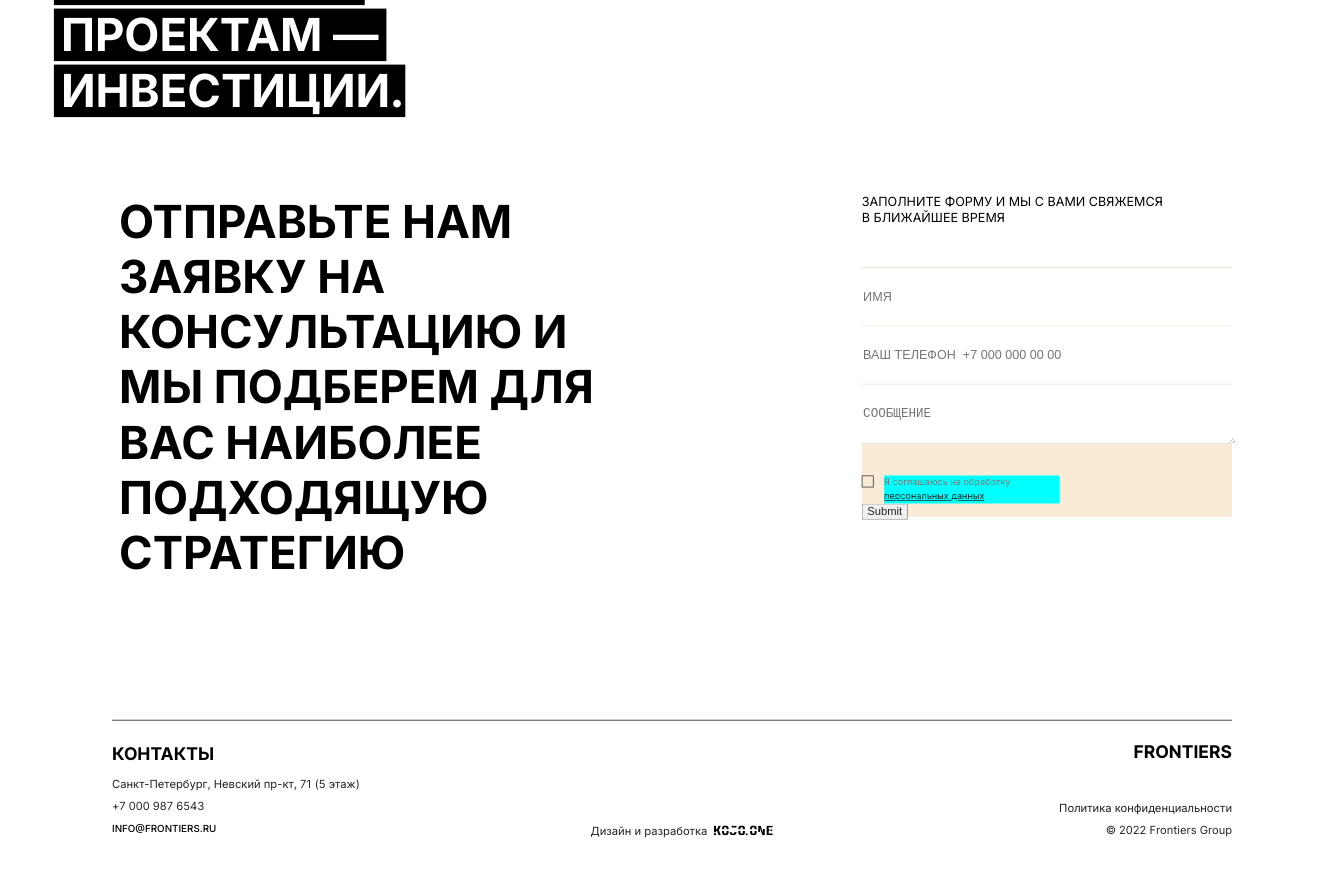
Repository: NadyaKorvin/frontiers
Page: /
The author's editor kept a copy of each file at every save. The page is drawn from the files as they stood at one save, then again after the next save.
The browser window is 1280 px wide. The page is 1920 px wide, so the pictures cover 1920 px, including what lies to the right of the window. The pictures show the part of the page from y = 1385 to 2665 px (the page is 2665 px tall), at 70% of full size.
The project was rebuilt for these pictures with package versions that can differ from the ones it lists, and the page was loaded fresh each time.

Above is the page before, as saved 2022-05-23 19:00:50.

After the next save:
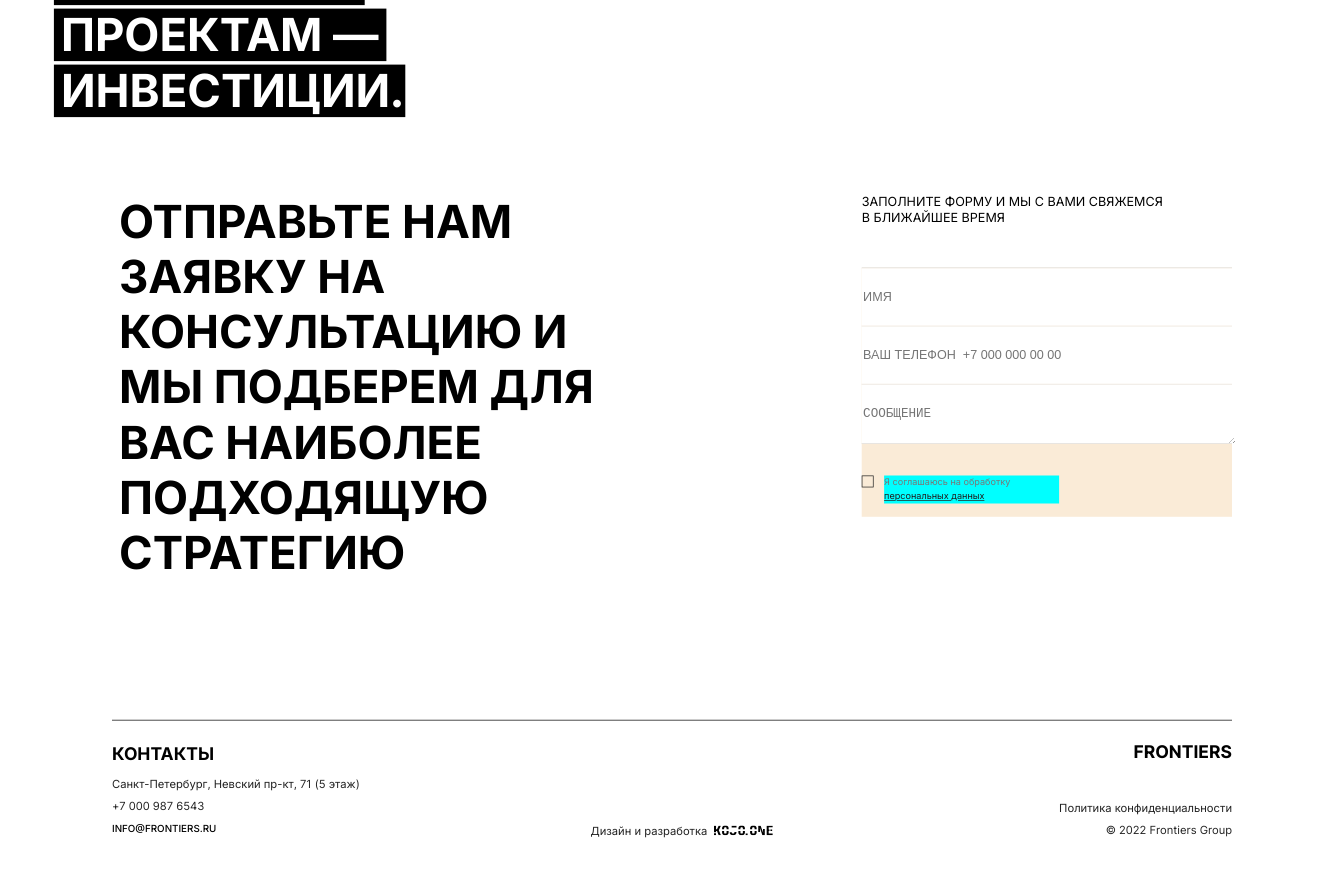
Saved 5 min 12 s later.
--- a/src/components/lastScreen/Form.js
+++ b/src/components/lastScreen/Form.js
@@ -125,9 +125,6 @@
       </label>
       <div className={style.focus_consent}>
         {errors?.consent && <p>{errors?.consent?.message || "Error!"}</p>}
-        <div>
-          <input type="submit" />
-        </div>
       </div>
     </form>
   );

After the save that followed:
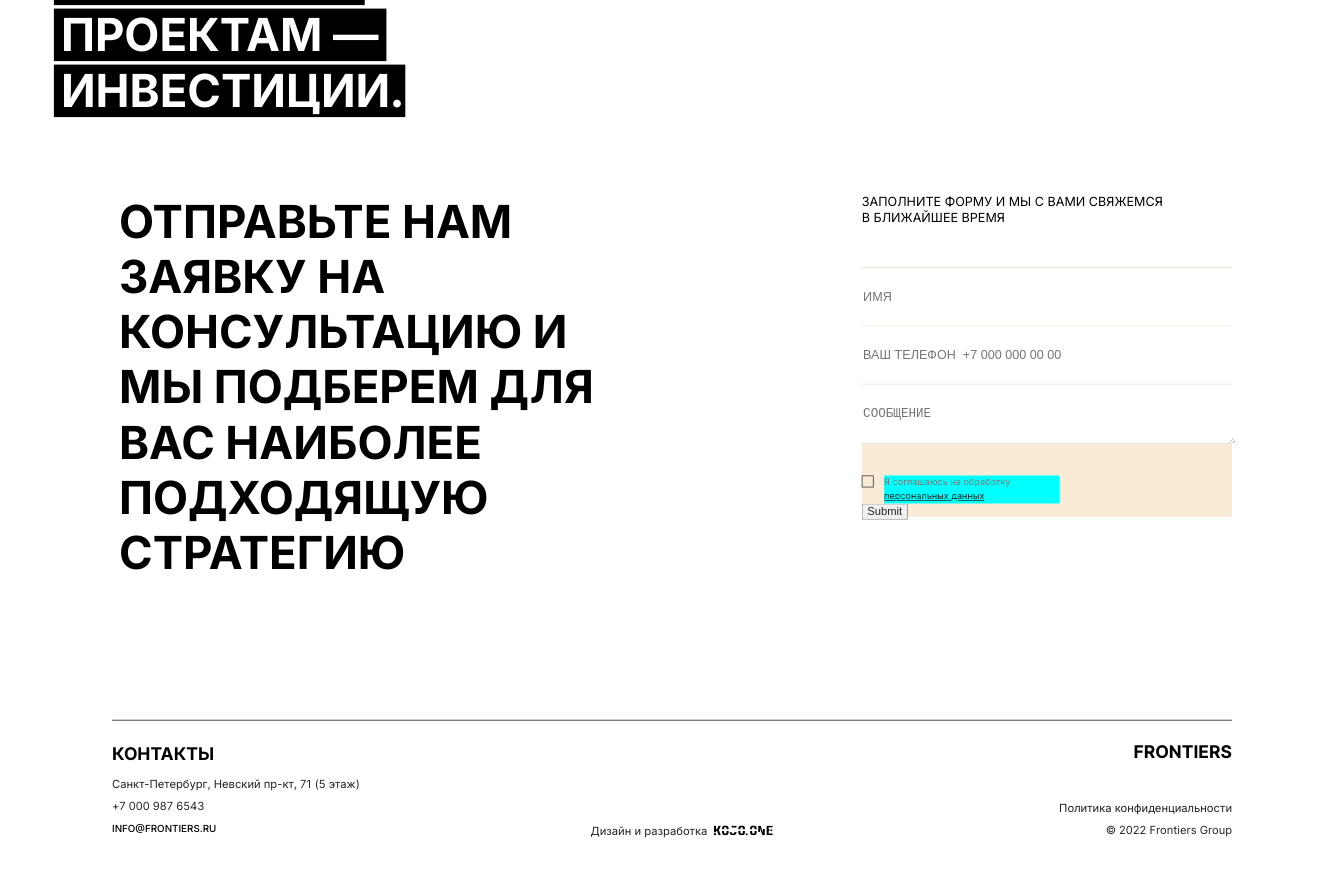
Saved 6 s later.
--- a/src/components/lastScreen/Form.js
+++ b/src/components/lastScreen/Form.js
@@ -117,7 +117,11 @@
           <p>Я соглашаюсь на обработку&nbsp;</p>
           <span
             onClick={openPersonal}
-            style={{ color: "#1f1f1f", textDecoration: "underline", cursor: "pointer" }}
+            style={{
+              color: "#1f1f1f",
+              textDecoration: "underline",
+              cursor: "pointer",
+            }}
           >
             персональных данных
           </span>
@@ -126,6 +130,9 @@
       <div className={style.focus_consent}>
         {errors?.consent && <p>{errors?.consent?.message || "Error!"}</p>}
       </div>
+      <div>
+        <input type="submit" />
+      </div>
     </form>
   );
 }
